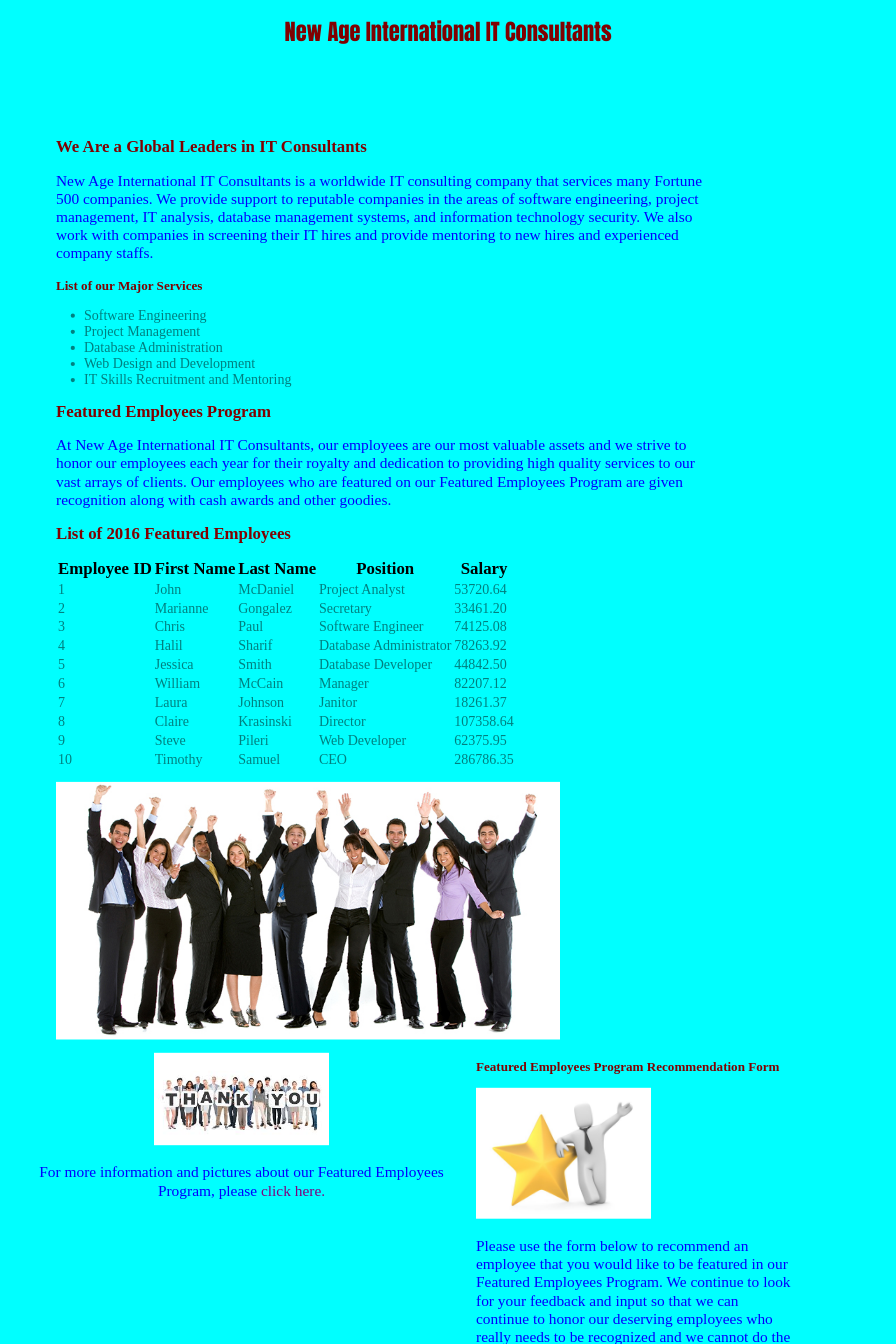
Repository: myjavaweb2/Week5JDBCAssignments
Page: myweek4project/src/main/webapp/employee.html
The author's editor kept a copy of each file at every save. The page is drawn from the files as they stood at one save, then again after the next save.
The browser window is 1280 px wide. The pictures show the part of the page from y = 0 to 1920 px (the page is 2678 px tall before and 3436 px after), at 70% of full size.

Above is the page before, as saved 2016-08-30 19:39:47.

### myweek4project/src/main/webapp/employee.html
<!DOCTYPE html>
<html>
<head>
<meta charset="ISO-8859-1">
<title>Employee Recognition Program</title>

<link rel="stylesheet" type="text/css" href="styles.css">
</head>
<body>

	<header>

		<h1>New Age International IT Consultants</h1>

	</header>

	<main>

	<h2>We Are a Global Leaders in IT Consultants</h2>

	<p>New Age International IT Consultants is a worldwide IT
		consulting company that services many Fortune 500 companies. We
		provide support to reputable companies in the areas of software
		engineering, project management, IT analysis, database management
		systems, and information technology security. We also work with
		companies in screening their IT hires and provide mentoring to new
		hires and experienced company staffs.</p>

	<h3>List of our Major Services</h3>

	<ul>
		<li>Software Engineering</li>
		<li>Project Management</li>
		<li>Database Administration</li>
		<li>Web Design and Development</li>
		<li>IT Skills Recruitment and Mentoring</li>
	</ul>

	<h2>Featured Employees Program</h2>
	<p>At New Age International IT Consultants, our employees are our
		most valuable assets and we strive to honor our employees each year
		for their royalty and dedication to providing high quality services to
		our vast arrays of clients. Our employees who are featured on our
		Featured Employees Program are given recognition along with cash
		awards and other goodies.</p>

	<h2>List of 2016 Featured Employees</h2>

	<table class="table table-striped">
		<tr>
			<th>Employee ID</th>
			<th>First Name</th>
			<th>Last Name</th>
			<th>Position</th>
			<th>Salary</th>
		</tr>
		<tr>
			<td>1</td>
			<td>John</td>
			<td>McDaniel</td>
			<td>Project Analyst</td>
			<td>53720.64</td>
		</tr>
		<tr>
			<td>2</td>
			<td>Marianne</td>
			<td>Gongalez</td>
			<td>Secretary</td>
			<td>33461.20</td>
		</tr>
		<tr>
			<td>3</td>
			<td>Chris</td>
			<td>Paul</td>
			<td>Software Engineer</td>
			<td>74125.08</td>
		</tr>
		<tr>
			<td>4</td>
			<td>Halil</td>
			<td>Sharif</td>
			<td>Database Administrator</td>
			<td>78263.92</td>
		</tr>
		<tr>
			<td>5</td>
			<td>Jessica</td>
			<td>Smith</td>
			<td>Database Developer</td>
			<td>44842.50</td>
		</tr>
		<tr>
			<td>6</td>
			<td>William</td>
			<td>McCain</td>
			<td>Manager</td>
			<td>82207.12</td>
		</tr>
		<tr>
			<td>7</td>
			<td>Laura</td>
			<td>Johnson</td>
			<td>Janitor</td>
			<td>18261.37</td>
		</tr>
		<tr>
			<td>8</td>
			<td>Claire</td>
			<td>Krasinski</td>
			<td>Director</td>
			<td>107358.64</td>
		</tr>
		<tr>
			<td>9</td>
			<td>Steve</td>
			<td>Pileri</td>
			<td>Web Developer</td>
			<td>62375.95</td>
		</tr>
		<tr>
			<td>10</td>
			<td>Timothy</td>
			<td>Samuel</td>
			<td>CEO</td>
			<td>286786.35</td>
		</tr>
	</table>
	<br>
	<img alt="2016 Featured Employees" src="images/employees.jpg"> </main>

	<aside>
		<h3>Featured Employees Program Recommendation Form</h3>

		<img alt="2016 Featured Employees" src="images/employee_pride.jpg"
			width="250px">

		<p>Please use the form below to recommend an employee that you
			would like to be featured in our Featured Employees Program. We
			continue to look for your feedback and input so that we can continue
			to honor our deserving employees who really needs to be recognized
			and we cannot do the job without your participation. So your
			recommendation will greatly be appreciated!</p>

		<form action="">
				Employee ID:<br> <input type="text" name="employee_id"><br>
				First name:<br> <input type="text" name="first_name"><br>
				Last name:<br> <input type="text" name="last_name"><br>
				Position:<br> <input type="text" name="position"><br>
				Salary:<br> <input type="text" name="salary">
		</form>

		<h3>Featured Employees Program Deletion Form</h3>

		<p>Please use the form below to delete the name of an employee who
			have been featured in our Featured Employees Program who is now
			retired or is no longer with our company. We will miss them and wish
			them all the best in retirement or in their new line of work</p>

			<form action="">
				Employee ID:<br> <input type="text" name="employee_id"><br>
				First name:<br> <input type="text" name="first_name"><br>
				Last name:<br> <input type="text" name="last_name"><br>
				Position:<br> <input type="text" name="position"><br>
				Salary:<br> <input type="text" name="salary">
		</form>

	</aside>

	<footer>

		<img alt="2016 Featured Employees" src="images/employees2.jpg"
			width="250px">

		<p>For more information and pictures about our Featured
			Employees Program, please <a href="http://www.graymatterblog.com/peer-peer-recognition-programs-ignites-business/" target="_blank">click here.</a></p>


	</footer>

</body>
</html>

### myweek4project/src/main/webapp/styles.css
html, body {
	margin: 0;
	padding: 0;
	border: 0;
	font-size: 100%;
	background-color: aqua;
}

header {
	height: 135px;
}

main {
	width: 950px;
	background-color: aqua;
	float: left;
	padding-left: 0;
	padding-right: 0;
	position: relative;
	right: 20px;
  	left: 80px;
  	top: 20px;
  	bottom: 15px;
}

aside {
	width: 450px;
	background-color: aqua;
	float: right;
	padding: 25px;
	padding-right: 150px;
}

footer {
	clear: left;
	padding: 35px;
	border: 5px;
	text-align: center;
}

p {
	font-style: Times New Roman, Tahoma, sans serif;
	font-size: 22px;
	color: blue;
}

h1, h2, h3 {
	font-family: fantasy, serif;
	color:maroon;
}

h1 {
	font-family: "Helvetica-Bold",Impact, sans serif;
	text-align: center;

}

ul {
	color:teal;
	font-size: 20px;
}

th {
	color: blue bold;
	font-size: 24px;
}

td {
	color:teal;
	font-size: 20px;
}

a {
	color: purple;
	text-decoration: none;
}

a:hover {

    text-decoration: line-through;
}

After the next save:
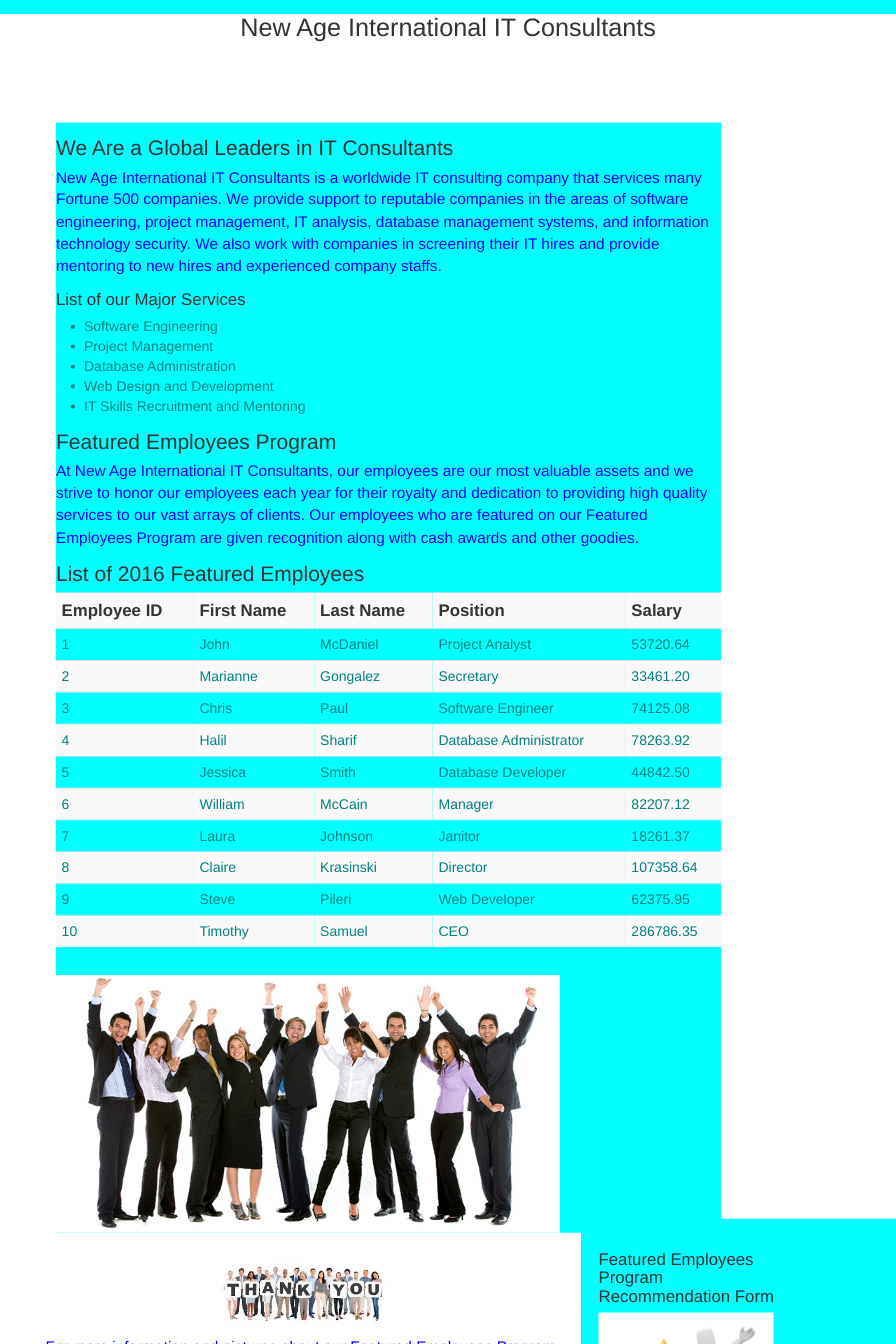
Saved 6 min 23 s later.
--- a/myweek4project/src/main/webapp/employee.html
+++ b/myweek4project/src/main/webapp/employee.html
@@ -5,6 +5,10 @@
 <title>Employee Recognition Program</title>
 
 <link rel="stylesheet" type="text/css" href="styles.css">
+
+<!-- Latest compiled and minified CSS -->
+<link rel="stylesheet" href="https://maxcdn.bootstrapcdn.com/bootstrap/3.3.7/css/bootstrap.min.css" integrity="sha384-BVYiiSIFeK1dGmJRAkycuHAHRg32OmUcww7on3RYdg4Va+PmSTsz/K68vbdEjh4u" crossorigin="anonymous">
+
 </head>
 <body>
 

After the save that followed:
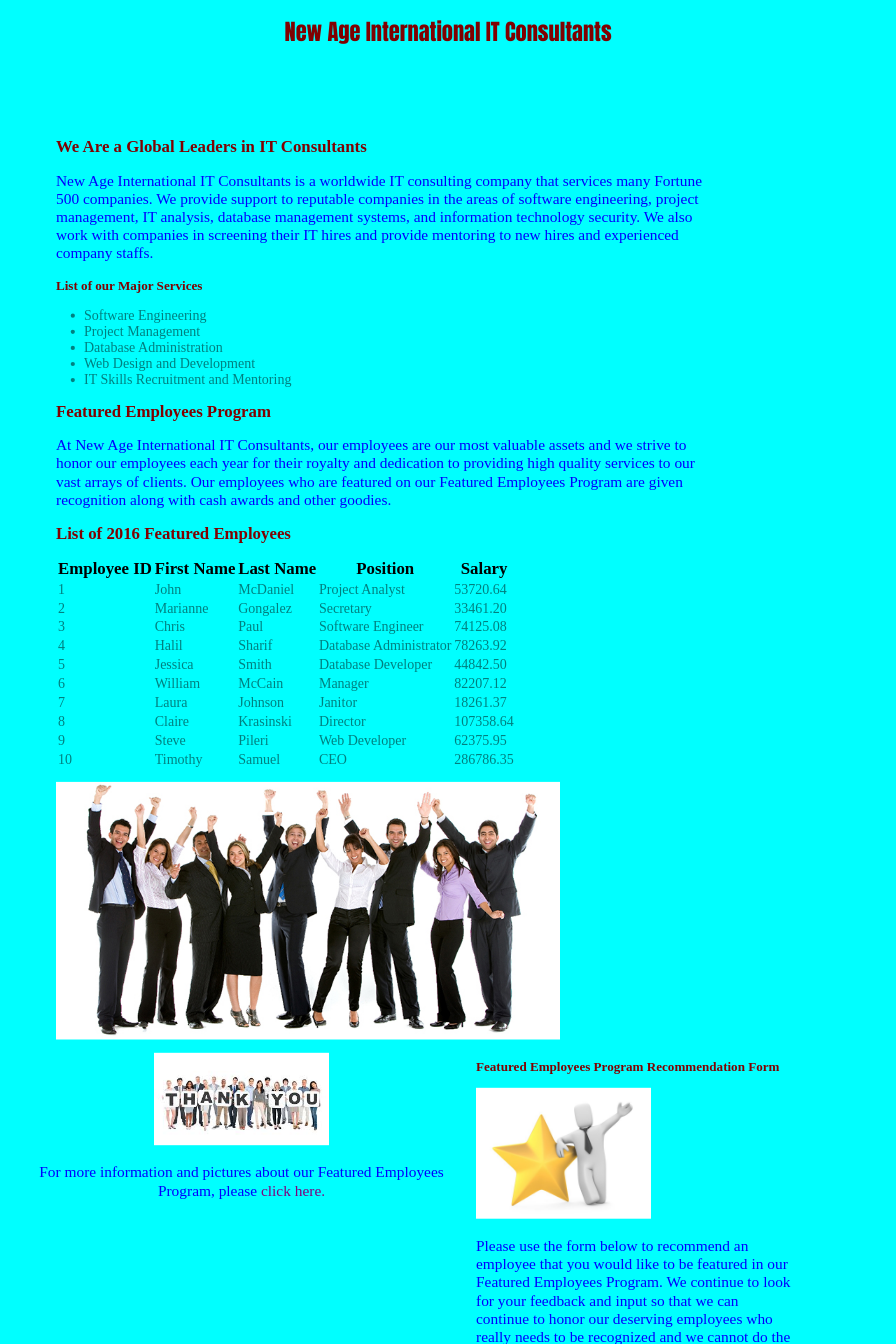
Saved 2 min 20 s later.
--- a/myweek4project/src/main/webapp/employee.html
+++ b/myweek4project/src/main/webapp/employee.html
@@ -6,8 +6,7 @@
 
 <link rel="stylesheet" type="text/css" href="styles.css">
 
-<!-- Latest compiled and minified CSS -->
-<link rel="stylesheet" href="https://maxcdn.bootstrapcdn.com/bootstrap/3.3.7/css/bootstrap.min.css" integrity="sha384-BVYiiSIFeK1dGmJRAkycuHAHRg32OmUcww7on3RYdg4Va+PmSTsz/K68vbdEjh4u" crossorigin="anonymous">
+
 
 </head>
 <body>
